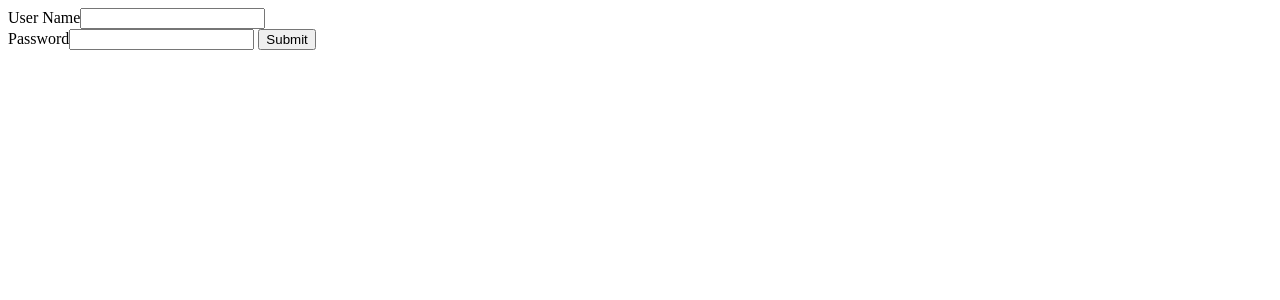
Repository: laxmichauhan/Student-Data-Insertion
Page: Application1/WebContent/index.html
The author's editor kept a copy of each file at every save. The page is drawn from the files as they stood at one save, then again after the next save.
The browser window is 1280 px wide. The pictures show the whole page.

Above is the page before, as saved 2019-02-19 05:11:38.

### Application1/WebContent/index.html
<!DOCTYPE html>
<html>
<head>
<meta charset="ISO-8859-1">
<title>Insert title here</title>
</head>
<body>
<form>
User Name<input type="text" name="Uname"><br>
Password<input type="text" name="Uname">
<button>Submit</button><br>
</form>
</body>
</html>

After the next save:
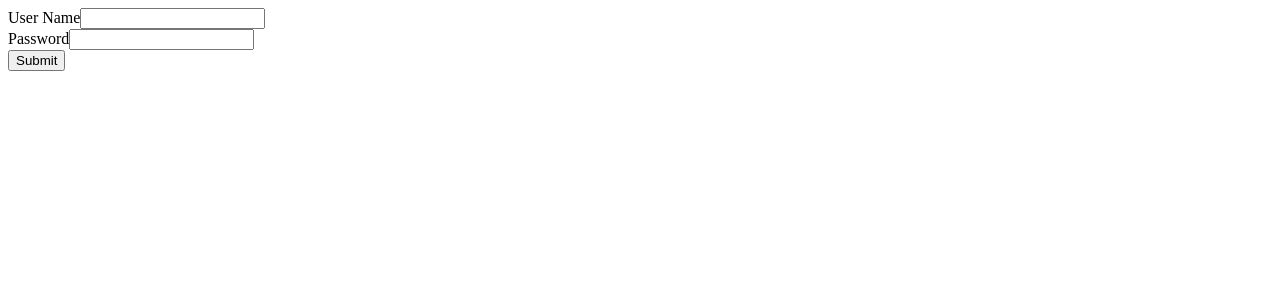
Saved 15 s later.
--- a/Application1/WebContent/index.html
+++ b/Application1/WebContent/index.html
@@ -7,7 +7,7 @@
 <body>
 <form>
 User Name<input type="text" name="Uname"><br>
-Password<input type="text" name="Uname">
+Password<input type="text" name="Uname"><br>
 <button>Submit</button><br>
 </form>
 </body>
